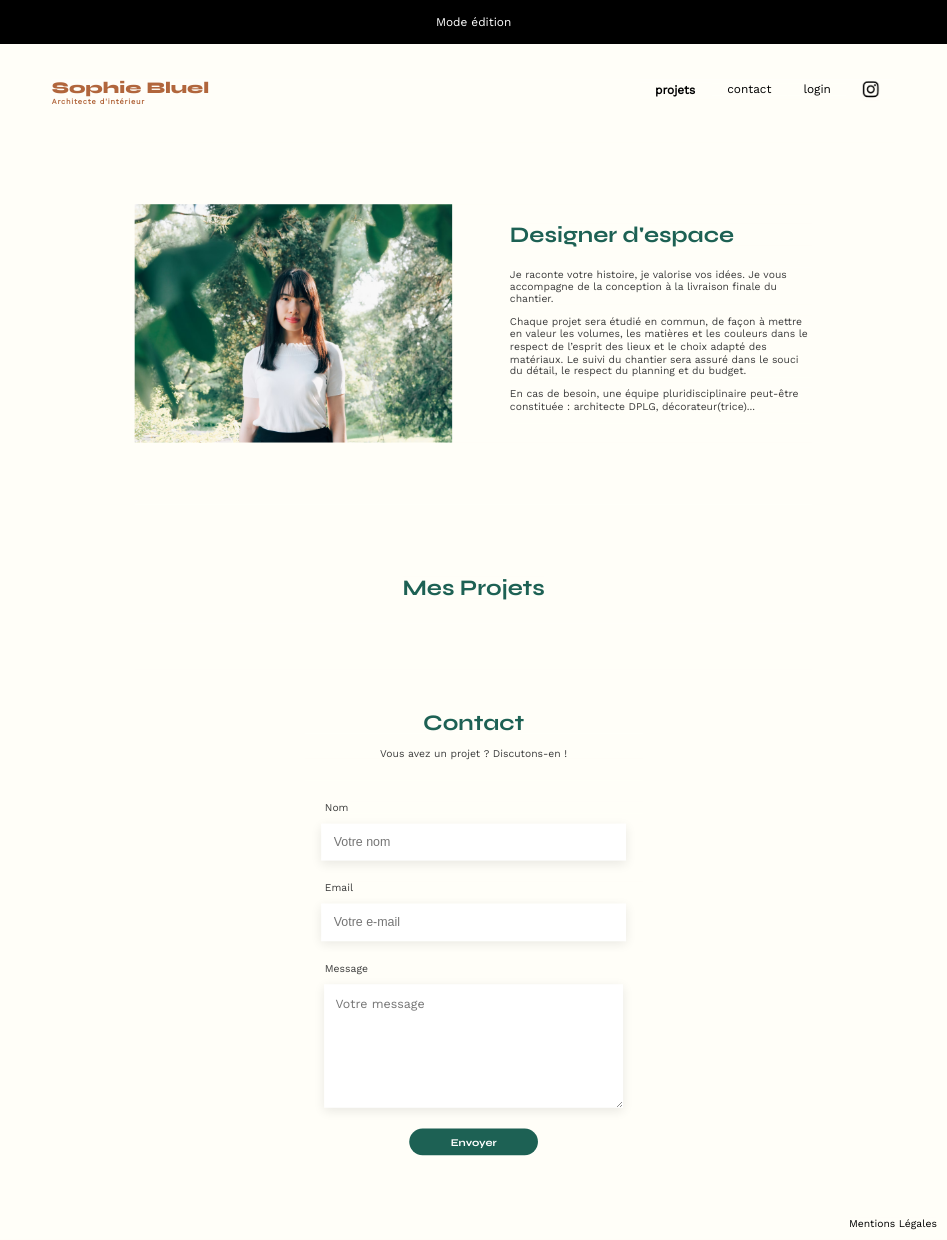
Repository: BlueSoley23/openclassrooms
Page: FrontEnd/index.html
The author's editor kept a copy of each file at every save. The page is drawn from the files as they stood at one save, then again after the next save.
The browser window is 1280 px wide. The pictures show the whole page, at 74% of full size.
The page's requests for data from a server got no answer.

Above is the page before, as saved 2023-12-21 07:15:34.
Console error: TypeError: categories is not iterable

### FrontEnd/index.html
<!--
	 #################################################################################################
     ############# Page d'accueil du portfolio de l'architecte d'intérieur, Sophie Bluel #############
     ######################    Front-end du site developpé par Antoine Gauer    ######################
     #################################################################################################
	 ###########   Utilisation de classes BEM pour l'organisation et la stylisation des   ############
	 ###########              élements de la page (Block / Element / Modifier)            ############
	 #################################################################################################
	-->



<!-- Définition du type de document et de la langue -->
<!DOCTYPE html>
<html lang="fr">

<head>

	<!-- En-tête de la page -->
	<meta charset="UTF-8">

	<!-- Titre de la page (apparaissant dans l'onglet du navigateur) -->
	<title>Sophie Bluel - Architecte d'intérieur - Portfolio</title>

	<!-- Icône d'onglet par défaut (icône représentant le portrait de l'architecte, Sophie Bluel) -->
	<link rel="icon" href="./assets/icons/browser_icons/portrait_Sophie_Bluel/favicon.ico">

<!--
	Autres icônes disponibles (remplacer la ligne précédente par la ligne qui correspond à l'icône choisie)

	Icône représentant un travail de Sophie Bluel :
		<link rel="icon" href="./assets/icons/browser_icons/work_example_picture/favicon.ico">

	Icône minimaliste de design d'intérieur :
		<link rel="icon" href="./assets/icons/browser_icons/designer_minimalist_logo/favicon.ico">

	Icône moderne de design d'intérieur :
		<link rel="icon" href="./assets/icons/browser_icons/designer_modern_logo/favicon.ico">

	Icône artistique de design d'intérieur :
		<link rel="icon" href="./assets/icons/browser_icons/designer_artistic_logo/favicon.ico">

	Icône représentant le portrait de l'architecte, Sophie Bluel (par défaut):
		<link rel="icon" href="./assets/icons/browser_icons/portrait_Sophie_Bluel/favicon.ico">
-->


	<!-- Balise permettant de définir la largeur de la page en fonction de la largeur de l'écran -->
	<meta name="viewport" content="width=device-width, initial-scale=1.0">

	<!-- Préconnexion aux serveurs Google Fonts -->
	<link rel="preconnect" href="https://fonts.googleapis.com">
	<link rel="preconnect" href="https://fonts.gstatic.com" crossorigin>

	<!-- Import des polices Google Fonts -->
	<link href="https://fonts.googleapis.com/css2?family=Syne:wght@700;800&family=Work+Sans&display=swap"
		rel="stylesheet">

	<!-- Description de la page -->
	<meta name="description" content="Portfolio de l'artiste, Sophie Bluel - Page d'accueil">

	<!-- Import du fichier CSS -->
	<link rel="stylesheet" href="./assets/css/style.css">

	<!-- Import du fichier JavaScript -->
	<script type="module" src="./assets/scripts/gallery.js "></script>

</head>

<body>

	<!-- En-tête de la page -->
	<!-- Block : header -->
	<header class="header">

		<!-- Borderau du mode édition (pour les utilisateurs connctés) -->
		<!-- Element : edit-bar -->
		<div class="edit-bar hidden">
			<img src="/FrontEnd/assets/icons/edit.svg" alt="Icône du mode édition" class="edit-bar__icon hidden"></img>
			<p class="edit-bar__title hidden">Mode édition</p>
		</div>

		<div class="header-block">
			<!-- En-tête de la page contenant un titre et un sous titre-->
			<!-- Elements : title /  subtitle -->
			<a href="./index.html"><h1 class="header__title">Sophie Bluel <span class="header__subtitle">Architecte d'intérieur</span></h1></a>

			<!-- Navigation principale -->
			<!-- Element : nav -->
			<nav class="header__nav">

				<!-- Liste du menu de liens vers les pages d'accueil, de contact, de connexion, et vers le profil Instagram de Sophie Bluel -->
				<!-- Block : nav-list -->
				<ul class="nav-list">

					<!-- Elements : item -->
					<!-- Modifier : active -->
					<li class="nav-list__item nav-list__item--active"><a href="./index.html">projets</a></li>
					<li class="nav-list__item"><a href=#>contact</a></li>
					<li class="nav-list__item nav-list__item--login"><a href="./login.html">login</a></li>
					<li class="nav-list__item nav-list__item--logout hidden"><a href="#">logout</a></li>
					<li class="nav-list__item"><a href="https://instagram.com"><img src="./assets/icons/instagram.png" alt="Instagram" class="nav-list__item--img"></a></li>

				</ul>

			</nav>
		</div>
	</header>

	<!-- Contenu principal de la page -->
	<!-- Block : main -->
	<main class="main">

		<!-- Section d'introduction -->
		<!-- Block : introduction -->
		<section class="introduction">
		<h2 class="hidden-title">Section d'introduction</h2>

			<!-- Image de Sophie Bluel -->
			<!-- Element : figure -->
			<figure class="introduction__figure">
				<img src="./assets/images/sophie-bluel.png" alt="Photo de Sophie Bluel">
			</figure>

			<!-- Article d'introduction -->
			<!-- Element : article -->
			<article class="introduction__article">

				<!-- Titre de l'article -->
				<!-- Element : title -->
				<h2 class="introduction__title">Designer d'espace</h2>

				<!-- Paragraphes de l'article -->
				<!-- Element : paragraph -->
				<p class="introduction__paragraph">Je raconte votre histoire, je valorise vos idées. Je vous accompagne
					de la conception à la livraison finale du chantier.</p>
				<p class="introduction__paragraph">Chaque projet sera étudié en commun, de façon à mettre en valeur les
					volumes, les matières et les couleurs dans le respect de l’esprit des lieux et le choix adapté des
					matériaux. Le suivi du chantier sera assuré dans le souci du détail, le respect du planning et du
					budget.</p>
				<p class="introduction__paragraph">En cas de besoin, une équipe pluridisciplinaire peut-être constituée
					: architecte DPLG, décorateur(trice)...</p>
			</article>
		</section>

		<!-- Section du portfolio -->
		<!-- Block : portfolio -->
		<section class="portfolio">
			<div class="portfolio__title--section">
				<!-- Titre de la section -->
				<!-- Element : title -->
				<h2 class="portfolio__title">Mes Projets</h2>
				<a href= # class="modifier-link__url hidden">
					<div class="modifier-link__content">
						<svg width="17" height="17" viewBox="0 0 17 17" fill="black" xmlns="http://www.w3.org/2000/svg">
						<path id="Vector" d="M14.0229 2.18576L14.3939 2.55679C14.6821 2.84503 14.6821 3.31113 14.3939 3.5963L13.5016 4.49169L12.0879 3.07808L12.9803 2.18576C13.2685 1.89751 13.7346 1.89751 14.0198 2.18576H14.0229ZM6.93332 8.23578L11.0484 4.11759L12.4621 5.53121L8.34387 9.64633C8.25494 9.73525 8.14455 9.79964 8.02496 9.83337L6.23111 10.3455L6.7432 8.55162C6.77693 8.43203 6.84133 8.32164 6.93025 8.23271L6.93332 8.23578ZM11.9408 1.14625L5.89074 7.1932C5.62397 7.45998 5.43078 7.78808 5.32959 8.14685L4.4526 11.2133C4.379 11.4708 4.44953 11.7468 4.63965 11.9369C4.82977 12.127 5.10574 12.1976 5.36332 12.124L8.42973 11.247C8.79156 11.1427 9.11967 10.9495 9.38338 10.6858L15.4334 4.63888C16.2951 3.77722 16.2951 2.37894 15.4334 1.51728L15.0624 1.14625C14.2007 0.284585 12.8024 0.284585 11.9408 1.14625ZM3.19844 2.34214C1.70816 2.34214 0.5 3.55031 0.5 5.04058V13.3812C0.5 14.8715 1.70816 16.0796 3.19844 16.0796H11.5391C13.0293 16.0796 14.2375 14.8715 14.2375 13.3812V9.94683C14.2375 9.539 13.9094 9.21089 13.5016 9.21089C13.0937 9.21089 12.7656 9.539 12.7656 9.94683V13.3812C12.7656 14.0589 12.2167 14.6078 11.5391 14.6078H3.19844C2.52076 14.6078 1.97188 14.0589 1.97188 13.3812V5.04058C1.97188 4.36291 2.52076 3.81402 3.19844 3.81402H6.63281C7.04065 3.81402 7.36875 3.48591 7.36875 3.07808C7.36875 2.67025 7.04065 2.34214 6.63281 2.34214H3.19844Z"
						fill="black"/>
						</svg>
						<p class="modifier-link__content--title">Modifier</p>
					</div>
				</a>
			</div>
			<!-- Navigation des catégories du portfolio -->
			<!-- Element : categories -->
			<nav class="portfolio__categories categories">

				<!-- ###### BOUTONS DE CATÉGORIES AFFICHÉS DYNAMIQUEMENT EN JAVASCRIPT ###### -->

			</nav>

			<!-- Galerie du portfolio -->
			<!-- Element : gallery -->
			<article class="portfolio__gallery gallery">
			<h2 class="hidden-title">Gallerie des travaux de Sophie Bluel</h2>

				<!-- ############## TRAVAUX AFFICHÉS DYNAMIQUEMENT EN JAVASCRIPT ############# -->

			</article>

		</section>

		<!-- Section de contact -->
		<!-- Block : contact -->
		<section class="contact">

			<!-- Titre de la section -->
			<!-- Element : title -->
			<h2 class="contact__title">Contact</h2>

			<!-- Paragraphe d'introduction -->
			<!-- Element : paragraph -->
			<p class="contact__paragraph">Vous avez un projet ? Discutons-en !</p>

			<!-- Formulaire de contact -->
			<!-- Element : form -->
			<form action="#" method="post" class="contact__form">

				<!-- Champs du formulaire -->
                <!-- Labels indiquant l'entrée attendue et champs de formulaire de type "text" pour les identifiants avec un texte
                    par défaut (placeholder) et l'élement autocomplete pour que le navigateur enregistre et suggère les identifants -->
                <!-- Modifiers : label / input-->

				<!-- Nom -->
				<label for="name" class="contact__form--label form__label">Nom</label>
				<input type="text" name="name" id="name" class="contact__form--input" autocomplete="name"
					placeholder="Votre nom">

				<!-- E-mail -->
				<label for="email" class="contact__form--label form__label">Email</label>
				<input type="email" name="email" id="email" class="contact__form--input" autocomplete="email"
					placeholder="Votre e-mail">

				<!-- Message -->
				<label for="message" class="contact__form--label form__label">Message</label>
				<textarea name="message" id="message" cols="30" rows="10" class="contact__form--textaera"
					placeholder="  Votre message"></textarea>

				<!-- Bouton de soumission du formulaire -->
				<!-- Modifier : submit -->
				<input type="submit" value="Envoyer" class="contact__form--submit">

			</form>

		</section>

	</main>

    <!-- Pied de page -->
    <!-- Block : footer -->
    <footer class="footer">

        <!-- Pied de page -->
        <!-- Element : nav -->
        <nav class="footer__nav">

            <!-- Navigation secondaire -->
            <!-- Element : nav-list -->
            <ul class="footer__nav-list">

                <!-- Lien vers les mentions légales -->
                <!-- Element : nav-item -->
                <li class="footer__nav-item">Mentions Légales</li>

            </ul>

        </nav>

    </footer>

</body>

</html>

Loaded but not shown: FrontEnd/assets/scripts/gallery.js (223 lines, source omitted); FrontEnd/assets/css/style.css (609 lines, source omitted)

After the next save:
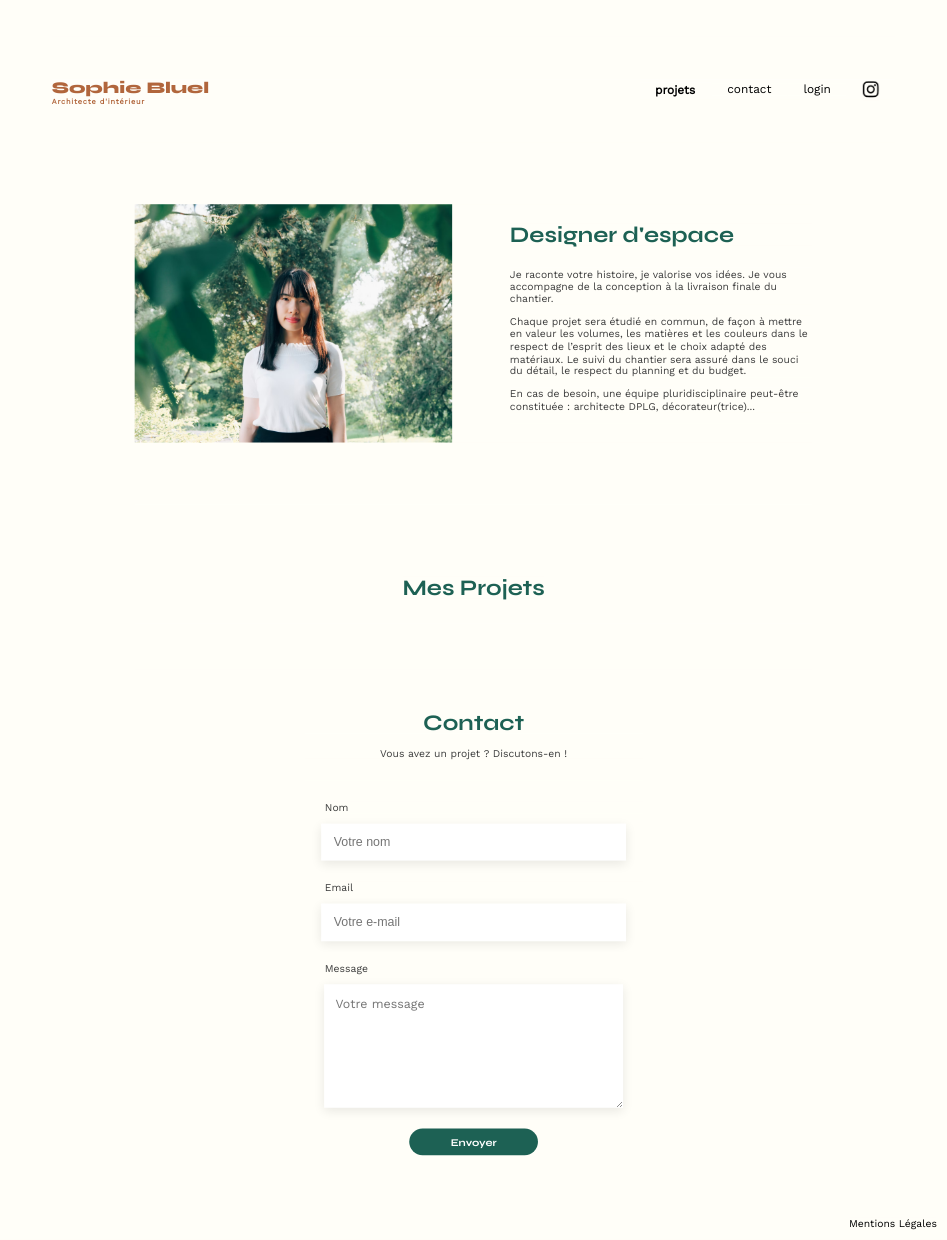
Saved 8 s later.
--- a/FrontEnd/index.html
+++ b/FrontEnd/index.html
@@ -74,11 +74,7 @@
 	<header class="header">
 
 		<!-- Borderau du mode édition (pour les utilisateurs connctés) -->
-		<!-- Element : edit-bar -->
-		<div class="edit-bar hidden">
-			<img src="/FrontEnd/assets/icons/edit.svg" alt="Icône du mode édition" class="edit-bar__icon hidden"></img>
-			<p class="edit-bar__title hidden">Mode édition</p>
-		</div>
+
 
 		<div class="header-block">
 			<!-- En-tête de la page contenant un titre et un sous titre-->

After the save that followed:
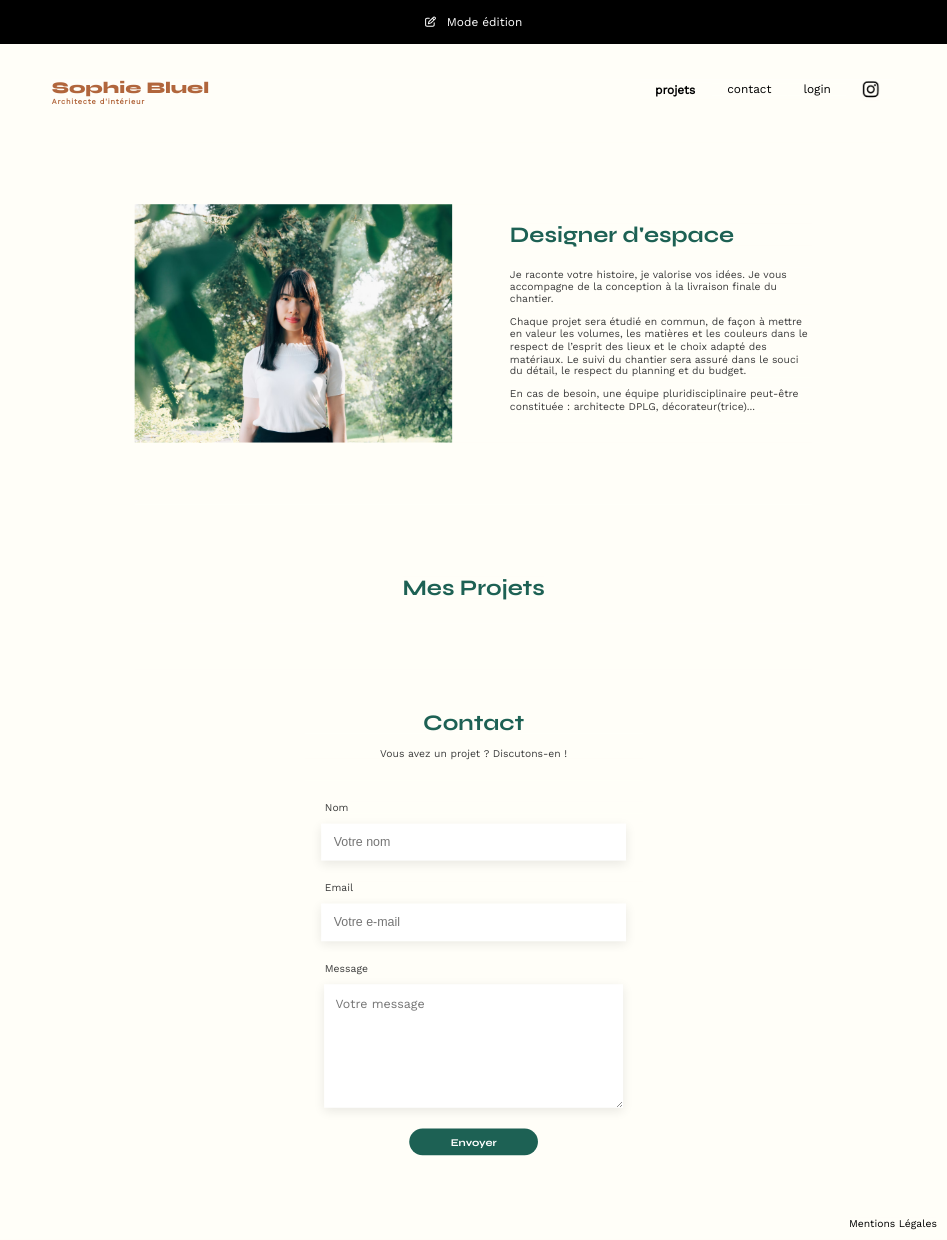
Saved 15 s later.
--- a/FrontEnd/index.html
+++ b/FrontEnd/index.html
@@ -74,7 +74,11 @@
 	<header class="header">
 
 		<!-- Borderau du mode édition (pour les utilisateurs connctés) -->
-
+		<!-- Element : edit-bar -->
+		<div class="edit-bar">
+			<img src="/FrontEnd/assets/icons/edit.svg" alt="Icône du mode édition" class="edit-bar__icon"></img>
+			<p class="edit-bar__title">Mode édition</p>
+		</div>
 
 		<div class="header-block">
 			<!-- En-tête de la page contenant un titre et un sous titre-->
